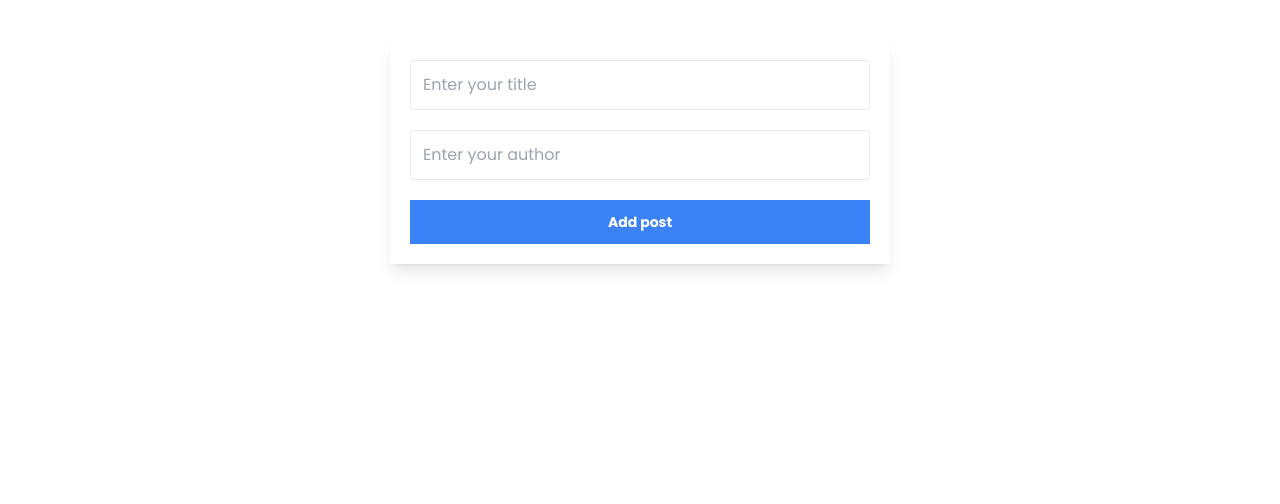
Repository: ThanhPhongsof/React-Course
Page: /
The author's editor kept a copy of each file at every save. The page is drawn from the files as they stood at one save, then again after the next save.
The browser window is 1280 px wide. The pictures show the whole page.
The page's requests for data from a server got no answer. The project was rebuilt for these pictures with package versions that can differ from the ones it lists, and the page was loaded fresh each time. No one was signed in, and anything a server would have sent is missing.

Above is the page before, as saved 2022-04-27 19:53:17.

### src/index.js
import React from "react";
import ReactDOM from "react-dom";
import App from "./App";
import reportWebVitals from "./reportWebVitals";
import "./index.scss";
import { BrowserRouter } from "react-router-dom";

// ReactDOM.render(
//   <React.StrictMode>
//     <BrowserRouter>
//       <App />
//     </BrowserRouter>
//   </React.StrictMode>,
//   document.getElementById("root")
// );

ReactDOM.render(
  <BrowserRouter>
    <App />
  </BrowserRouter>,
  document.getElementById("root")
);

// If you want to start measuring performance in your app, pass a function
// to log results (for example: reportWebVitals(console.log))
// or send to an analytics endpoint. Learn more: https://bit.ly/CRA-vitals
reportWebVitals();

### src/App.js
import React from "react";
import FirebaseApp from "./firebase/FirebaseApp";

const App = () => {
  return (
    <div>
      <FirebaseApp></FirebaseApp>
    </div>
  );
};

export default App;

### src/index.scss
@tailwind base;
@tailwind components;
@tailwind utilities;

@layer base {
  @import url("https://fonts.googleapis.com/css2?family=Poppins:wght@300;400;500;700&display=swap");
  body {
    font-family: "Poppins", sans-serif;
  }
}
.skeleton {
  background-color: #eee;
  background-image: linear-gradient(
    110deg,
    #ececec 8%,
    #f5f5f5 18%,
    #ececec 33%
  );
  background-size: 200% 100%;
  animation: 1.5s shine linear infinite;
}
@keyframes shine {
  to {
    background-position-x: -200%;
  }
}
.zoom-enter .content {
  opacity: 0;
  transform: scale(0.5);
}
.zoom-enter-active .content {
  opacity: 1;
  transform: scale(1);
}
.zoom-exit .content {
  opacity: 1;
}
.zoom-exit-active .content {
  opacity: 0;
  transform: scale(0.5);
}

// Fade

.fade-enter .tooltip {
  opacity: 0;
}
.fade-enter-active .tooltip {
  opacity: 1;
}
.fade-exit .tooltip {
  opacity: 1;
}
.fade-exit-active .tooltip {
  opacity: 0;
}

### src/firebase/FirebaseApp.js
import { collection, getDocs, addDoc } from "firebase/firestore";
import React, { useEffect, useState } from "react";
import { db } from "./firebase-config";

const FirebaseApp = () => {
  const colRef = collection(db, "posts");

  const [title, setTitle] = useState("");
  const [author, setAuthor] = useState("");

  useEffect(() => {
    // 1. Get collection data (posts)
    getDocs(colRef)
      .then((snapshot) => {
        console.log(snapshot);
        let posts = [];
        snapshot.docs.forEach((doc) => {
          posts.push({
            id: doc.id,
            ...doc.data(),
          });
        });
      })
      .catch((err) => {
        console.log(err);
      });
  }, []);

  const handleAddPost = (e) => {
    e.preventDefault();
    addDoc(colRef, {
      title,
      author,
    })
      .then(() => {
        console.log("success");
      })
      .catch((err) => {
        console.log(err);
      });
  };

  return (
    <div className="p-10">
      <div className="w-full max-w-[500px] mx-auto shadow-lg p-5 mb-10">
        <form onSubmit={handleAddPost}>
          <input
            type="text"
            name="title"
            className="w-full p-3 mb-5 border border-gray-200 rounded outline-none focus:border-blue-500"
            placeholder="Enter your title"
            onChange={(e) => setTitle(e.target.value)}
          />
          <input
            type="text"
            name="author"
            className="w-full p-3 mb-5 border border-gray-200 rounded outline-none focus:border-blue-500"
            placeholder="Enter your author"
            onChange={(e) => setAuthor(e.target.value)}
          />
          <button
            type="submit"
            className="w-full p-3 text-sm font-semibold text-white bg-blue-500"
          >
            Add post
          </button>
        </form>
      </div>
    </div>
  );
};

export default FirebaseApp;

### src/firebase/firebase-config.js
import { initializeApp } from "firebase/app";
import { getFirestore } from "firebase/firestore";

const firebaseConfig = {
  apiKey: "AIzaSyC355FgwykDKntB_YGE6tMUu9vuh2xR9gM",
  authDomain: "learn-firebase-14a19.firebaseapp.com",
  projectId: "learn-firebase-14a19",
  storageBucket: "learn-firebase-14a19.appspot.com",
  messagingSenderId: "687668366156",
  appId: "1:687668366156:web:1a8d11b45bd537e9fe9de9",
  measurementId: "G-VD0FPZ8499",
};

// Initialize Firebase
const app = initializeApp(firebaseConfig);

// Init services
export const db = getFirestore(app);

### tailwind.config.js
module.exports = {
  content: ["./src/**/*.{js,jsx,ts,tsx}"],
  theme: {
    extend: {
      backgroundImage: {
        "primary-gradient": `linear-gradient(
          86.88deg,
          #7d6aff 1.38%,
          #ffb86c 64.35%,
          #fc2872 119.91%
        )`,
        "secondary-gradient": `linear-gradient(86.88deg, #20e3b2, #2cccff)`,
      },
    },
  },
  plugins: [],
};

Loaded but not shown: public/index.html (common file); src/reportWebVitals.js (common file)

After the next save:
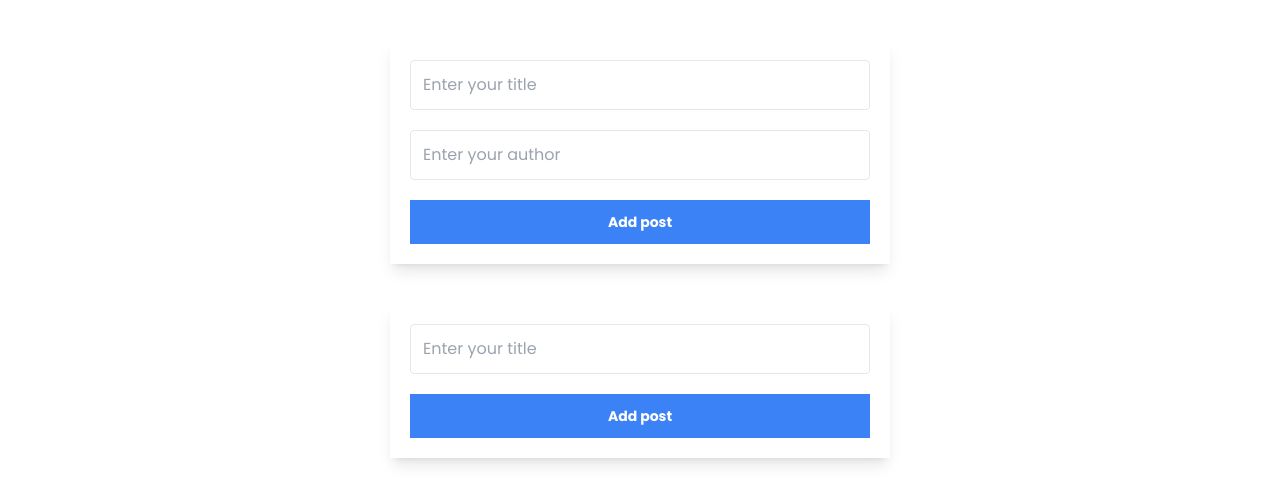
Saved 2 min 5 s later.
--- a/src/firebase/FirebaseApp.js
+++ b/src/firebase/FirebaseApp.js
@@ -7,6 +7,7 @@ const FirebaseApp = () => {
 
   const [title, setTitle] = useState("");
   const [author, setAuthor] = useState("");
+  const [postId, setPostId] = useState("");
 
   useEffect(() => {
     // 1. Get collection data (posts)
@@ -40,6 +41,10 @@ const FirebaseApp = () => {
       });
   };
 
+  const handleRemovePost = (e) => {
+    e.preventDefault();
+  };
+
   return (
     <div className="p-10">
       <div className="w-full max-w-[500px] mx-auto shadow-lg p-5 mb-10">
@@ -66,6 +71,23 @@ const FirebaseApp = () => {
           </button>
         </form>
       </div>
+      <div className="w-full max-w-[500px] mx-auto shadow-lg p-5 mb-10">
+        <form onSubmit={handleRemovePost}>
+          <input
+            type="text"
+            name="postId"
+            className="w-full p-3 mb-5 border border-gray-200 rounded outline-none focus:border-blue-500"
+            placeholder="Enter your title"
+            onChange={(e) => setPostId(e.target.value)}
+          />
+          <button
+            type="submit"
+            className="w-full p-3 text-sm font-semibold text-white bg-blue-500"
+          >
+            Add post
+          </button>
+        </form>
+      </div>
     </div>
   );
 };
